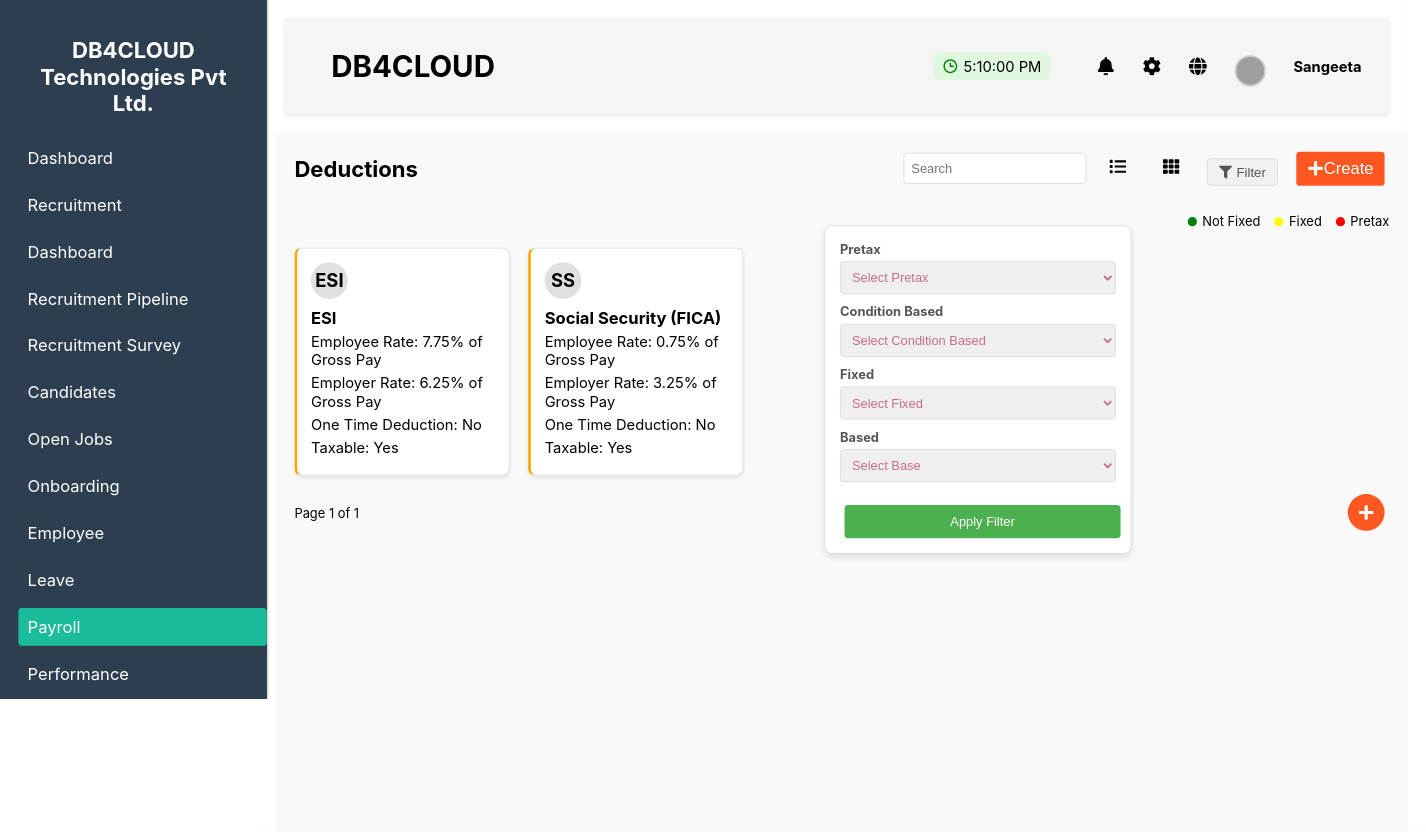
Repository: tinu-ns/Dev-code
Page: /payroll/deductions (app in HRMS-DEMO-Sang/hrms/), after clicking the first element matching `button.filter-btn`
An editor plug-in stored every save of this project. The page is shown before and after the next save, followed by the edit.
The browser window is 1280 px wide. The page is 1550 px wide, so the pictures cover 1550 px, including what lies to the right of the window. The pictures show the whole page, at 92% of full size.
Pictures or frames that could not be fetched are drawn as grey boxes. The project was rebuilt for these pictures with package versions that can differ from the ones it lists, and the page was loaded fresh each time. Also part of the build but not shown: HRMS-DEMO-Sang/hrms/src/components/Dashboard.js, HRMS-DEMO-Sang/hrms/src/components/Recruitment/RecruitmentDashboard.js, HRMS-DEMO-Sang/hrms/src/components/Recruitment/RecruitmentPipeline.js, HRMS-DEMO-Sang/hrms/src/components/Payroll/Allowances.js, HRMS-DEMO-Sang/hrms/src/components/Payroll/Contract.js, HRMS-DEMO-Sang/hrms/src/components/Payroll/Payslips.js, HRMS-DEMO-Sang/hrms/src/components/Payroll/PayrollDashboard.js, HRMS-DEMO-Sang/hrms/src/components/MainContent.css and 4 more.

Above is the page before, as saved 2024-11-11 15:32:29.

After the next save:
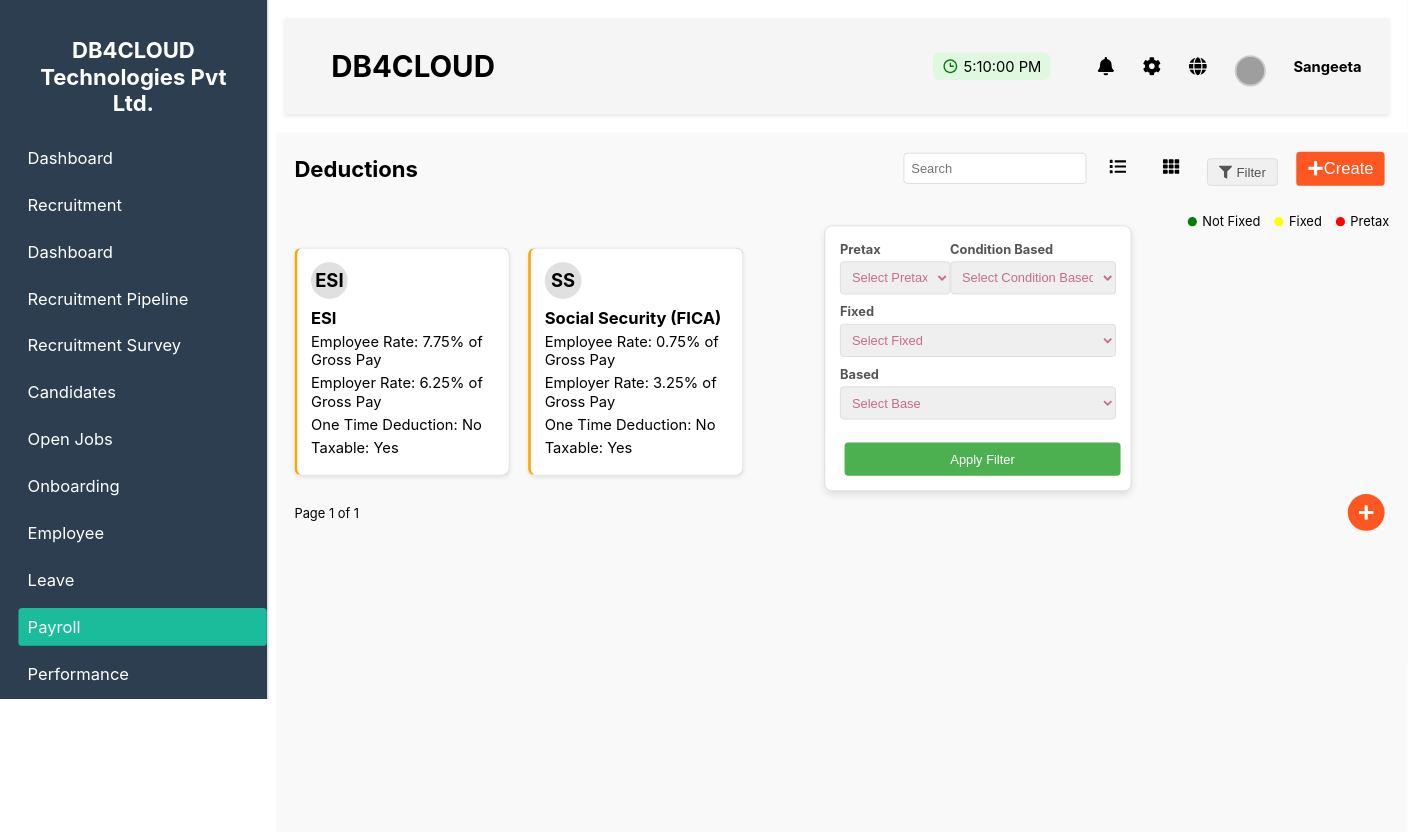
Saved 18 s later.
--- a/HRMS-DEMO-Sang/hrms/src/components/Payroll/Deductions.js
+++ b/HRMS-DEMO-Sang/hrms/src/components/Payroll/Deductions.js
@@ -193,7 +193,7 @@ const Deductions = () => {
       {isFilterVisible && (
         <div className="filter-popup" ref={filterRef}>
           <div className="filter-form">
-            <div className="group">
+            <div className="group" style={{display: "flex"}}>
             <div className="filter-row">
               <label>Pretax</label>
               <select
